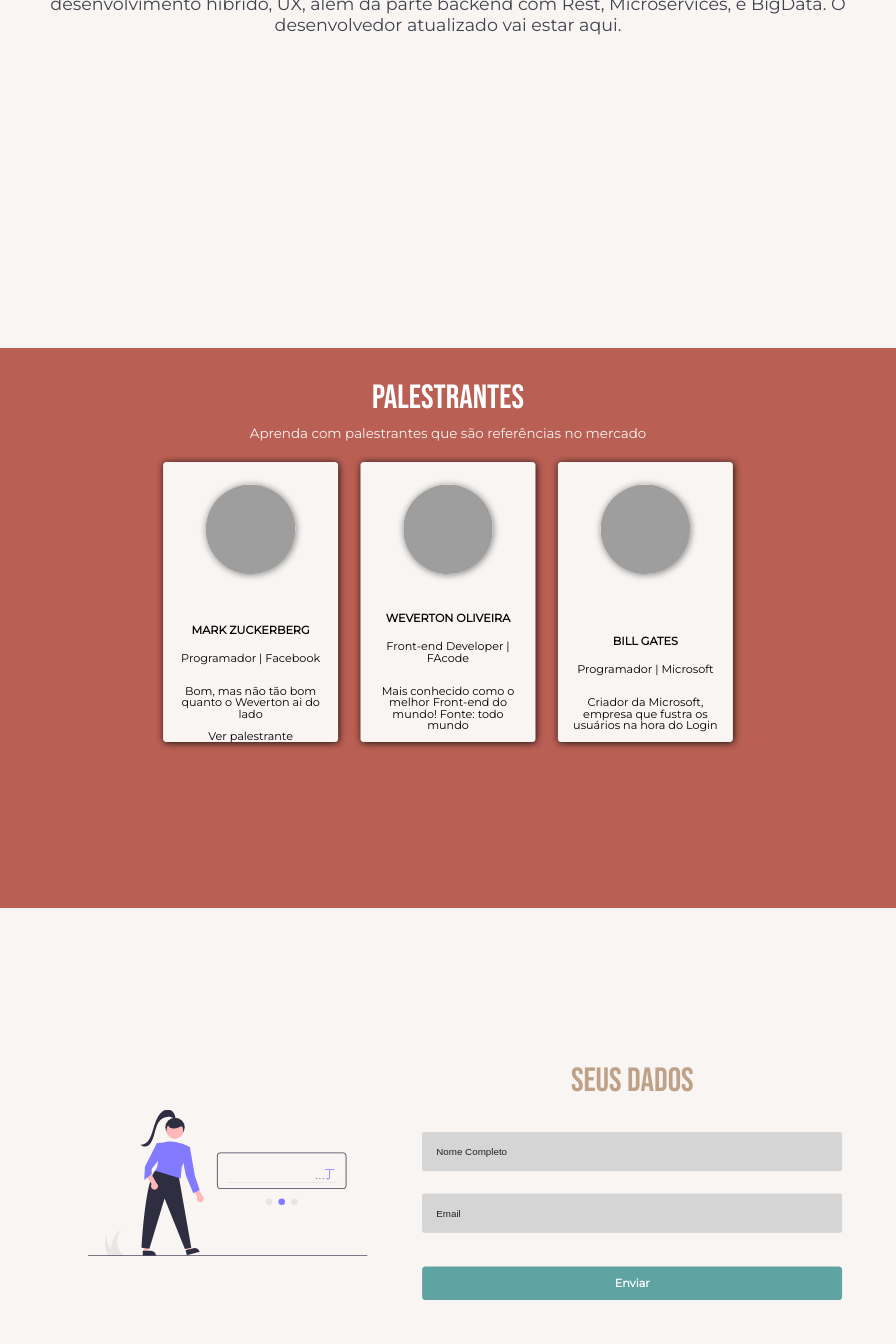
Repository: tomoliveira1/aluraconf
Page: index.html
An editor plug-in stored every save of this project. The page is shown before and after the next save, followed by the edit.
The browser window is 1280 px wide. The pictures show the part of the page from y = 1023 to 2943 px (the page is 3072 px tall), at 70% of full size.
Pictures or frames that could not be fetched are drawn as grey boxes.

Above is the page before, as saved 2021-10-14 23:47:11.

After the next save:
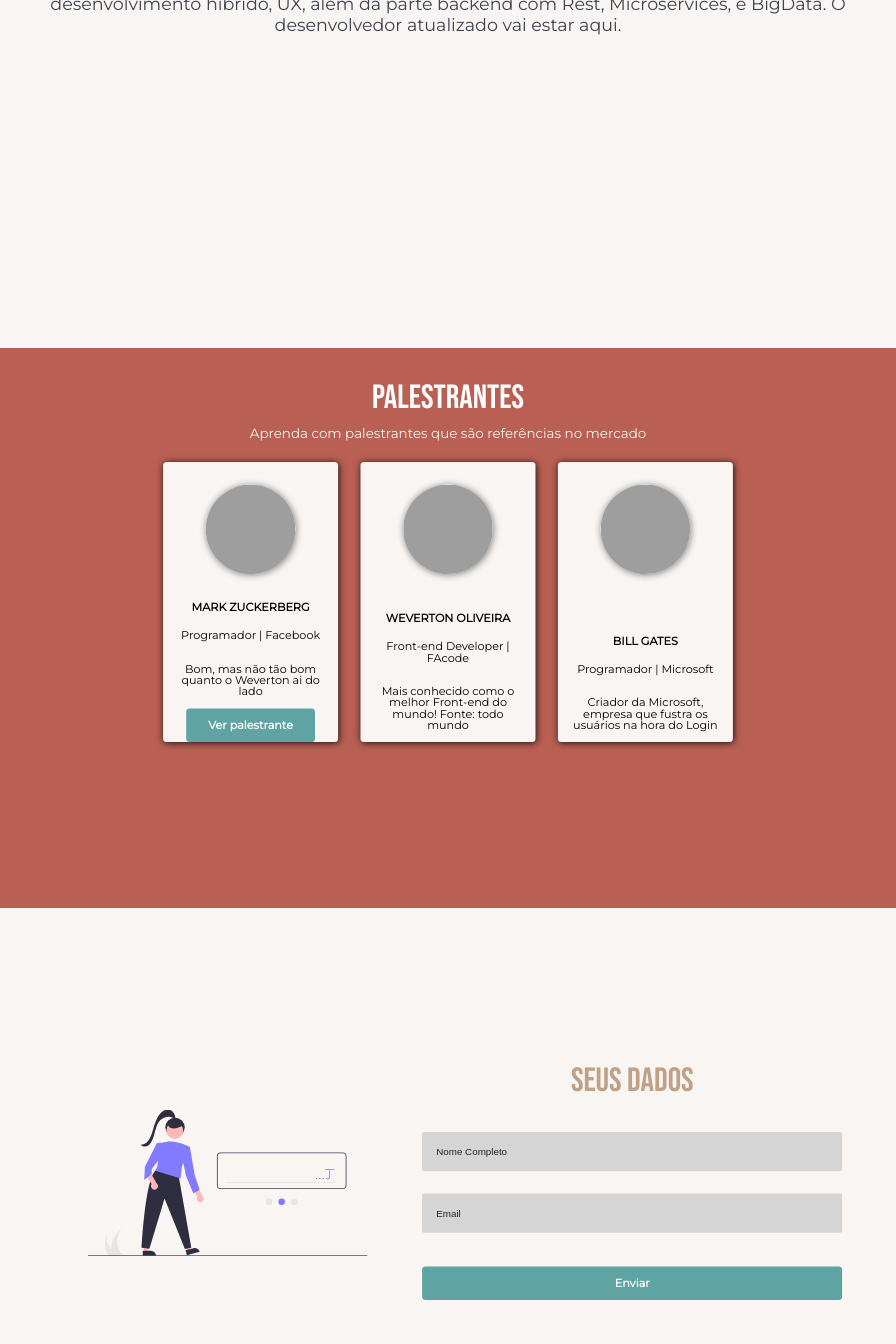
Saved 25 s later.
--- a/index.html
+++ b/index.html
@@ -91,7 +91,7 @@
               <span class="profile_description"
                 >Bom, mas não tão bom quanto o Weverton ai do lado</span
               >
-              <a href="profile.html">Ver palestrante</a>
+              <a class="button" href="profile.html">Ver palestrante</a>
             </div>
           </div>
 
